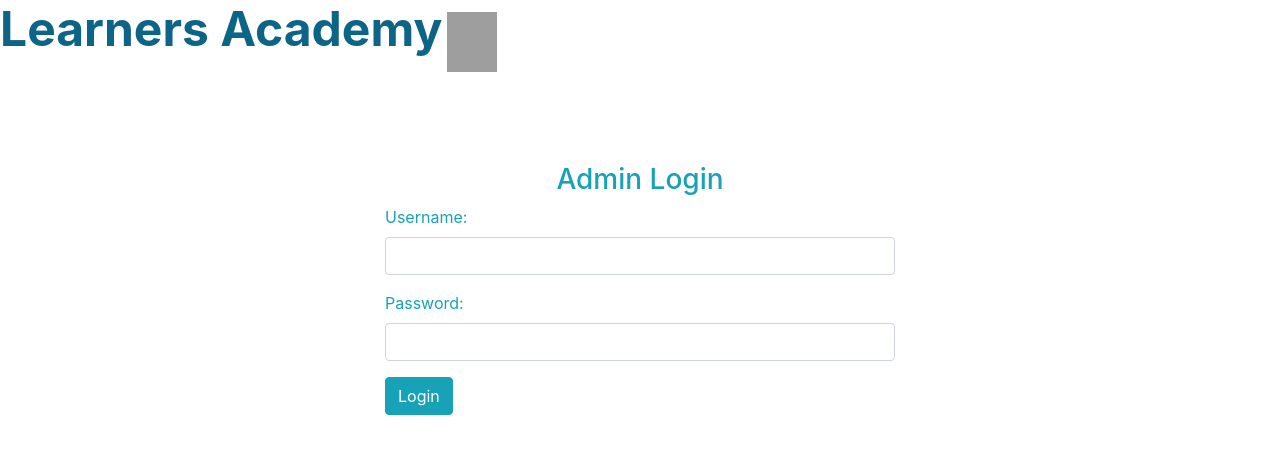
Repository: sindurup/Phase2Project
Page: http://localhost/LearnersAcademyPro/Login.jsp
An editor plug-in stored every save of this project. The page is shown before and after the next save, followed by the edit.
The browser window is 1280 px wide. The pictures show the whole page.
Pictures or frames that could not be fetched are drawn as grey boxes. The page is served by Tomcat 9.

Above is the page before, as saved 2021-09-28 06:52:02.

After the next save:
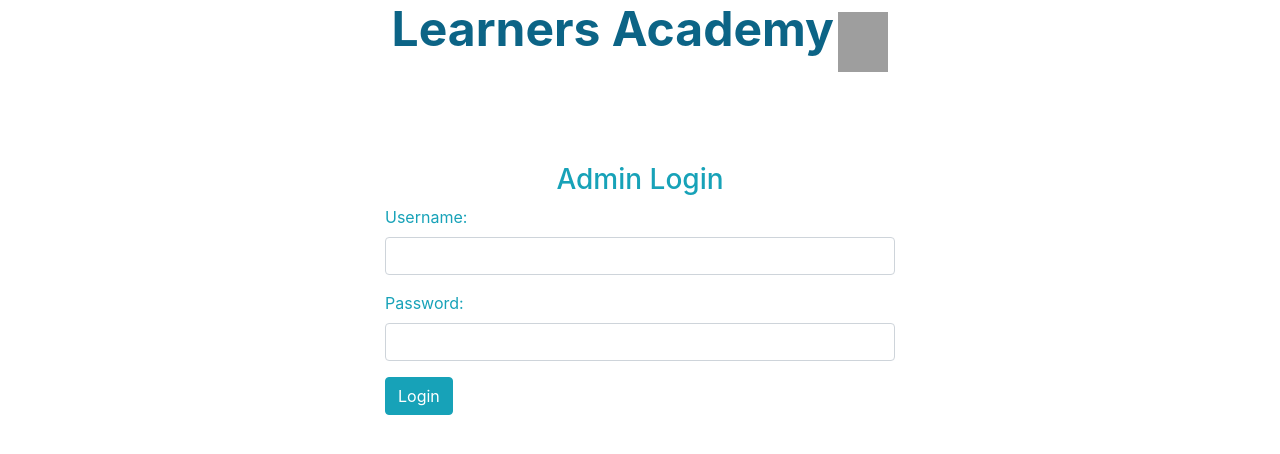
Saved 23 s later.
--- a/LearnersAcademyPro/src/main/webapp/Login.jsp
+++ b/LearnersAcademyPro/src/main/webapp/Login.jsp
@@ -52,7 +52,7 @@ function required()
 </head>
 <body>
 
- <div><label align="center"><h1 class="text-center text-info"><font color="0C6486" size="50px"><b>Learners Academy</b></font></h1></label>
+ <div align="center"><label ><h1 class="text-center text-info"><font color="0C6486" size="50px"><b>Learners Academy</b></font></h1></label>
  <img src="D:\Phase2Project\LearnersAcademyPro\1.png" style="width:50px;height:60px;" align="middle"></div>
     <div id="login">
         <h3 class="text-center text-white pt-5">Login form</h3>
